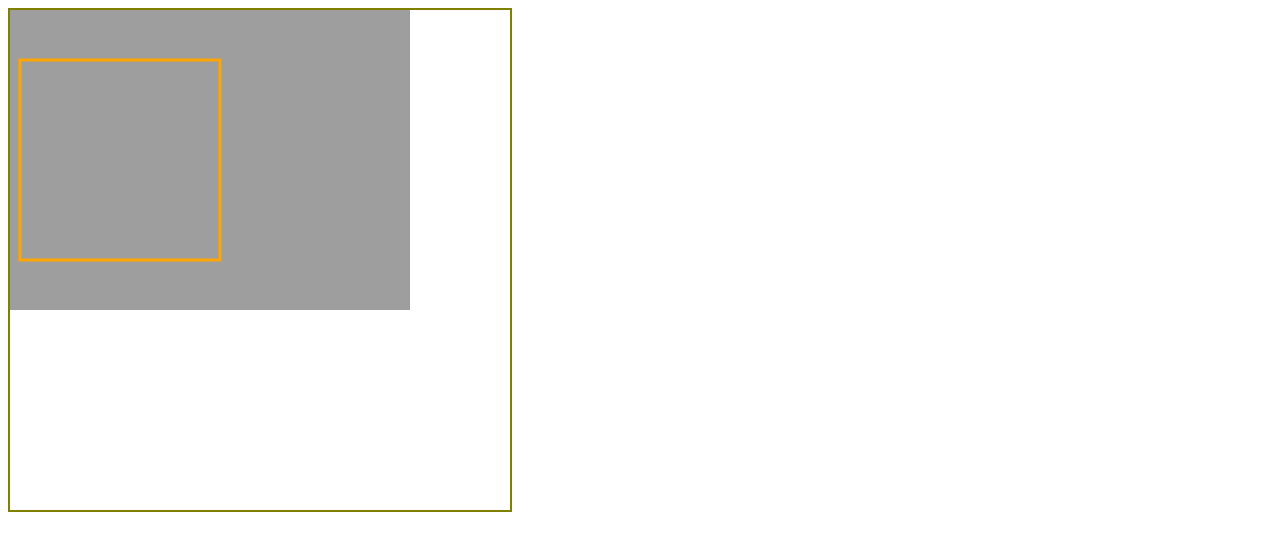
Repository: Backcoder-June/AI_Platform
Page: naverai/src/main/resources/static/cameratest.html
An editor plug-in stored every save of this project. The page is shown before and after the next save, followed by the edit.
The browser window is 1280 px wide. The pictures show the whole page.

Above is the page before, as saved 2022-09-02 07:13:43.

After the next save:
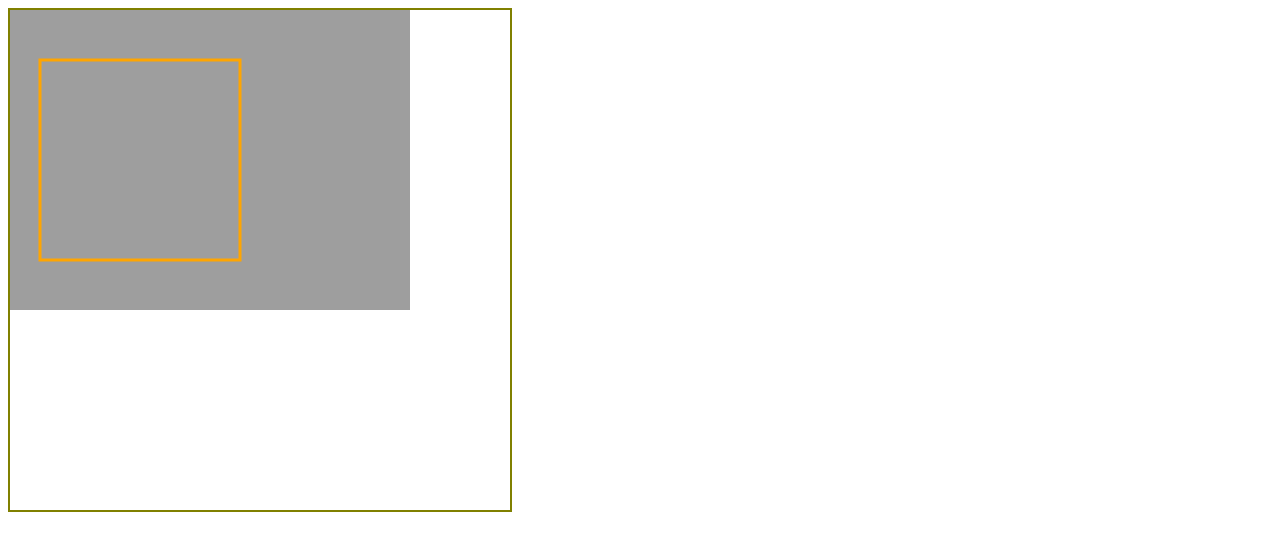
Saved 18 s later.
--- a/naverai/src/main/resources/static/cameratest.html
+++ b/naverai/src/main/resources/static/cameratest.html
@@ -16,7 +16,7 @@ $(document).ready(function(){
 		pencil.drawImage(myimage,0,0,myimage.width, myimage.height); /* 사진 불러오기 */
 		pencil.lineWidth = 3;
 		pencil.strokeStyle = "orange";
-		pencil.strokeRect(10,50,200,200);
+		pencil.strokeRect(30,50,200,200);
 	}
 
 
